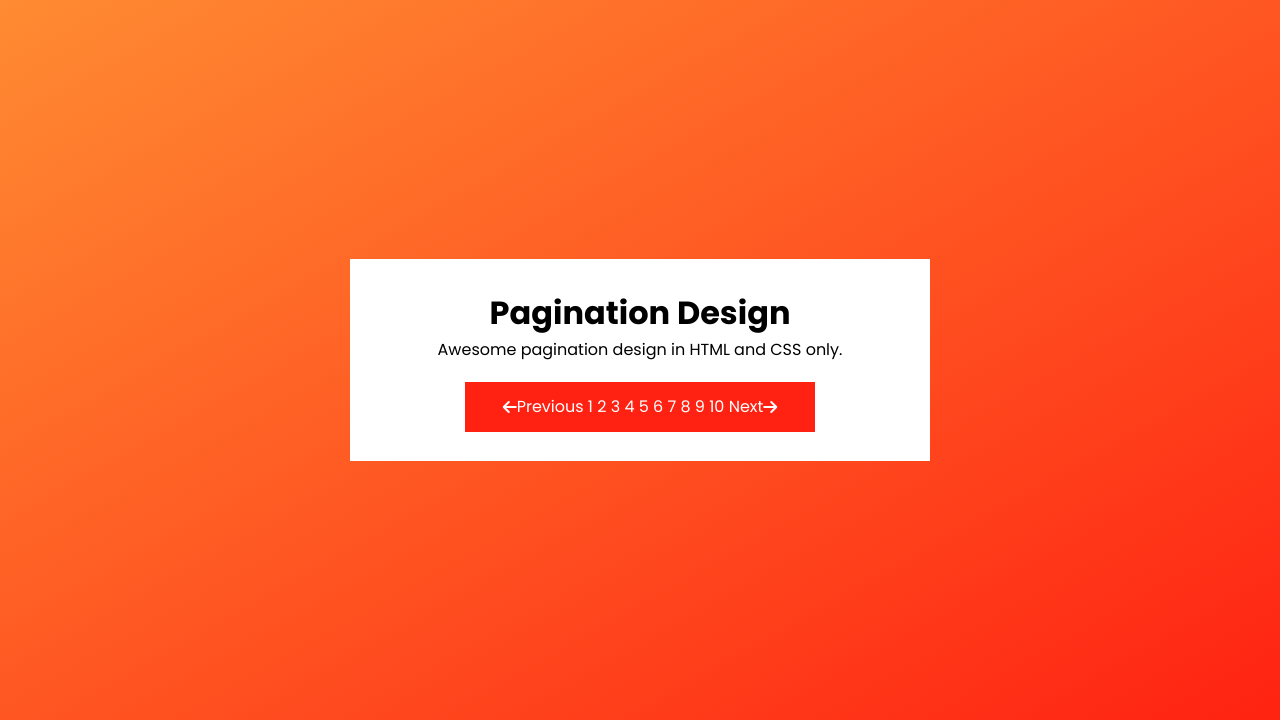
Repository: Ankitkr2021/Awesome-Pagination
Page: index.html
These files come from the project's save history. The page is drawn as it stood at one moment and after the next save; the edit follows.
The browser window is 1280 px wide. The pictures show the whole page.

Above is the page before, as saved 2025-10-02 09:01:49.

After the next save:
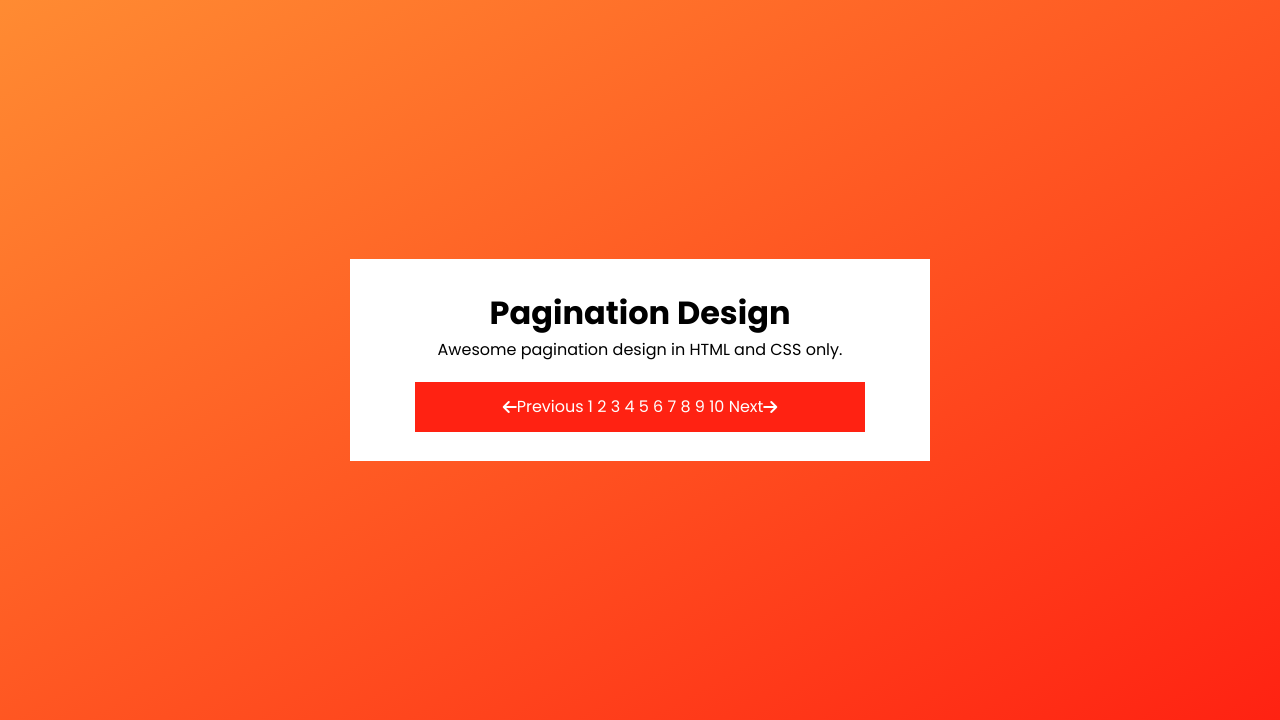
Saved 5 s later.
--- a/style.css
+++ b/style.css
@@ -38,7 +38,7 @@ p {
     background: rgb(255, 34, 18);
     color: #fff;
     height: 50px;
-    width: 350px;
+    width: 450px;
     display: flex;
     justify-content: center;
     align-items: center;
